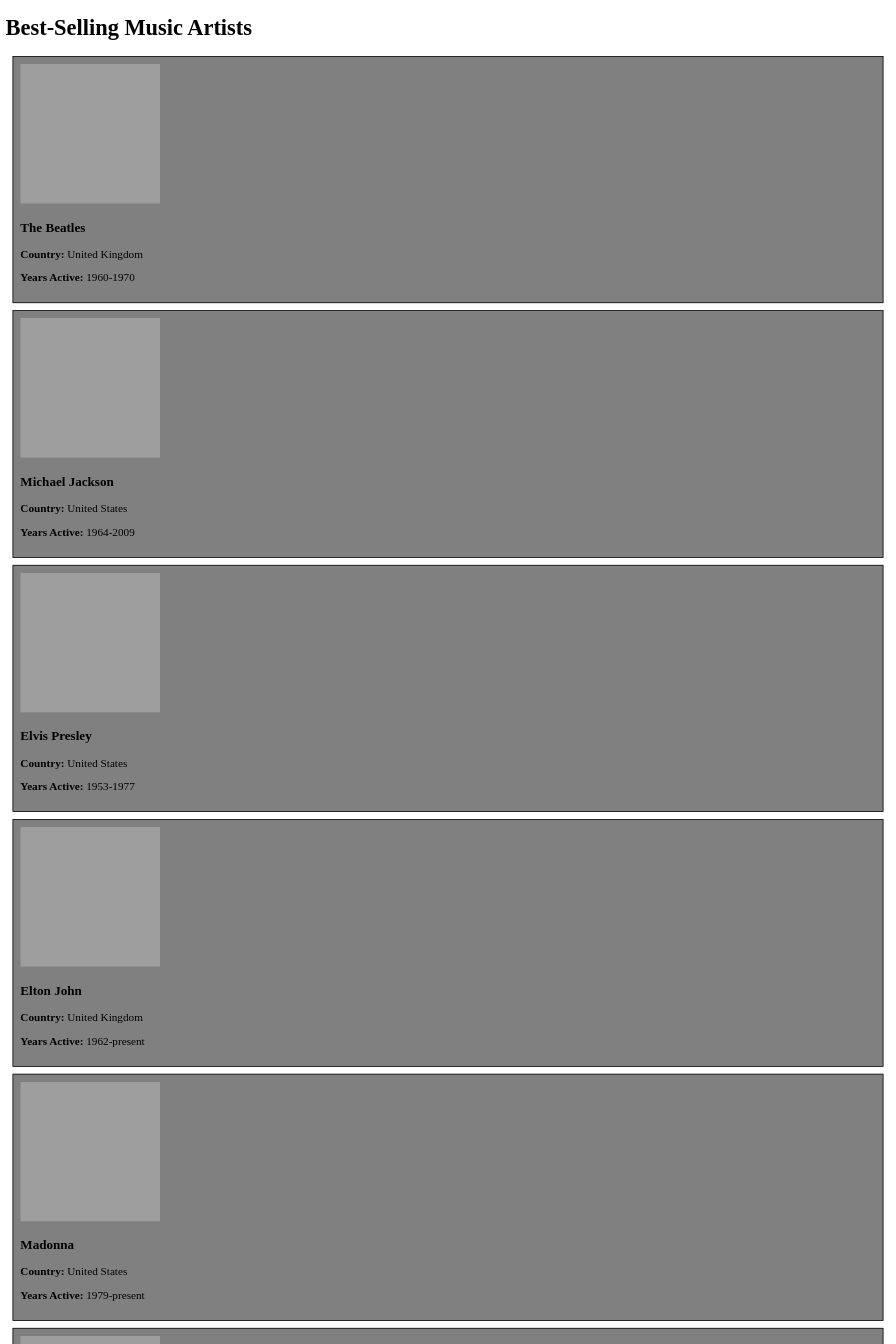
Repository: GavinPahal/Lab2
Page: /
The author's editor kept a copy of each file at every save. The page is drawn from the files as they stood at one save, then again after the next save.
The browser window is 1280 px wide. The pictures show the part of the page from y = 0 to 1920 px (the page is 3714 px tall), at 70% of full size.
Pictures or frames that could not be fetched are drawn as grey boxes. The project was rebuilt for these pictures with package versions that can differ from the ones it lists, and the page was loaded fresh each time. Also part of the build but not shown: vite.config.js.

Above is the page before, as saved 2024-09-23 11:12:53.

After the next save:
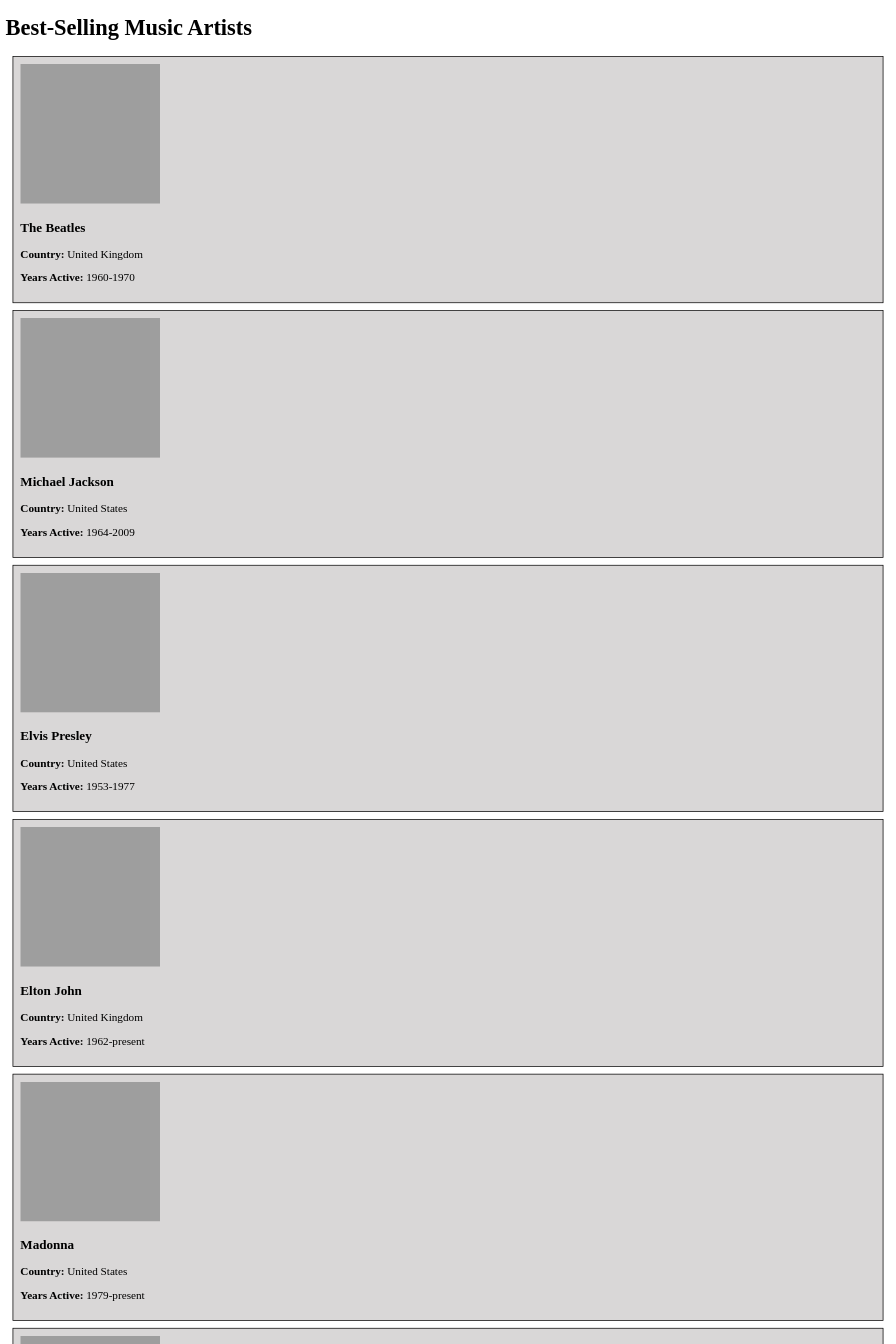
Saved 16 s later.
--- a/src/App.css
+++ b/src/App.css
@@ -4,7 +4,7 @@
 
 .artist-card {
   border: 1px solid black;
-  background: gray;
+  background: rgb(217, 215, 215);
   padding: 10px;
   margin: 10px;
 }
